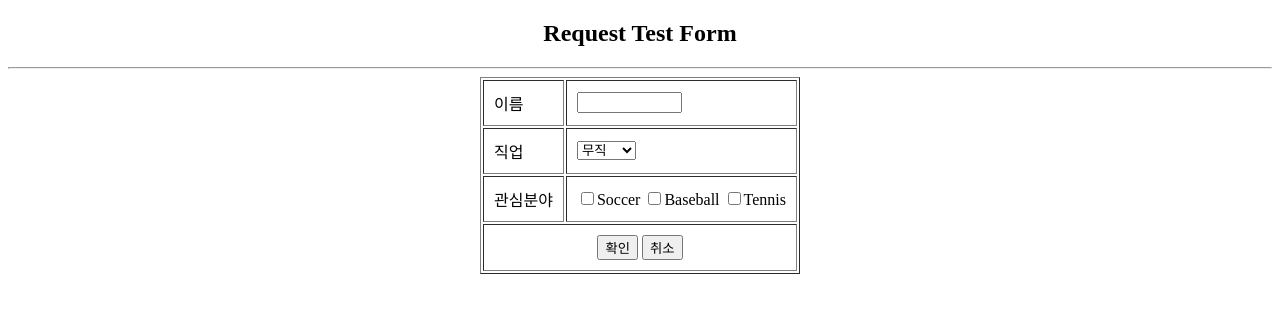
Repository: HyeonbinSa/JSPBook
Page: jspbook/WebContent/ch06/implicit.html
An editor plug-in stored every save of this project. The page is shown before and after the next save, followed by the edit.
The browser window is 1280 px wide. The pictures show the whole page.

Above is the page before, as saved 2020-01-02 10:03:47.

After the next save:
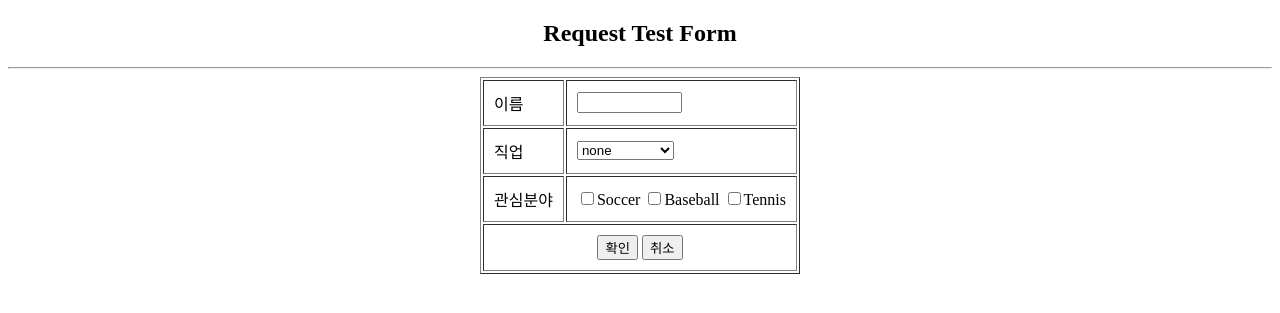
Saved 2 min 59 s later.
--- a/jspbook/WebContent/ch06/implicit.html
+++ b/jspbook/WebContent/ch06/implicit.html
@@ -19,7 +19,7 @@ td, th{
 <div align="center">
 <h2>Request Test Form</h2>
 <hr>
-<form name="form1" method="post" action="request_result.jsp">
+<form name="form1" method="post" action="request_result.jsp" >
 	<table border=1>
 		<tr>
 		<td>이름</td>
@@ -28,9 +28,9 @@ td, th{
 		<td>직업</td>
 		<td>
 		<select name="job">
-			<option selected>무직</option>
-			<option>회사원</option>
-			<option>학생</option>
+			<option selected>none</option>
+			<option>Student</option>
+			<option>Programmer</option>
 		</select>
 		</td>
 		<tr>
